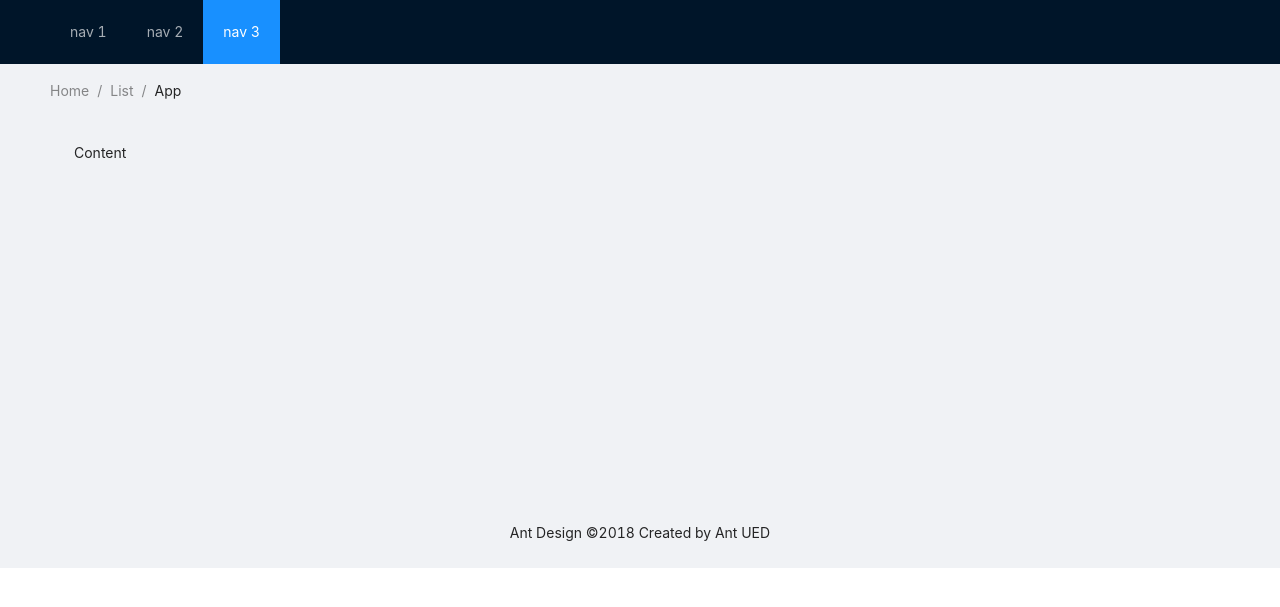
Repository: yangddoddi/community_react
Page: /
These files come from the project's save history. The page is drawn as it stood at one moment and after the next save; the edit follows.
The browser window is 1280 px wide. The pictures show the whole page.
The project was rebuilt for these pictures with package versions that can differ from the ones it lists, and the page was loaded fresh each time.

Above is the page before, as saved 2022-08-17 01:59:33.

### src/App.js
import { Breadcrumb, Layout, Menu } from "antd";
import React from "react";
import "antd/dist/antd.css";
const { Header, Content, Footer } = Layout;

const App = () => (
  <Layout>
    <Header
      style={{
        position: "fixed",
        zIndex: 1,
        width: "100%",
      }}
    >
      <div className="logo" />
      <Menu
        theme="dark"
        mode="horizontal"
        defaultSelectedKeys={["3"]}
        items={new Array(3).fill(null).map((_, index) => ({
          key: String(index + 1),
          label: `nav ${index + 1}`,
        }))}
      />
    </Header>
    <Content
      className="site-layout"
      style={{
        padding: "0 50px",
        marginTop: 64,
      }}
    >
      <Breadcrumb
        style={{
          margin: "16px 0",
        }}
      >
        <Breadcrumb.Item>Home</Breadcrumb.Item>
        <Breadcrumb.Item>List</Breadcrumb.Item>
        <Breadcrumb.Item>App</Breadcrumb.Item>
      </Breadcrumb>
      <div
        className="site-layout-background"
        style={{
          padding: 24,
          minHeight: 380,
        }}
      >
        Content
      </div>
    </Content>
    <Footer
      style={{
        textAlign: "center",
      }}
    >
      Ant Design ©2018 Created by Ant UED
    </Footer>
  </Layout>
);

export default App;

Loaded but not shown: public/index.html (common file); src/index.js (common file); src/index.css (common file); src/reportWebVitals.js (common file)

After the next save:
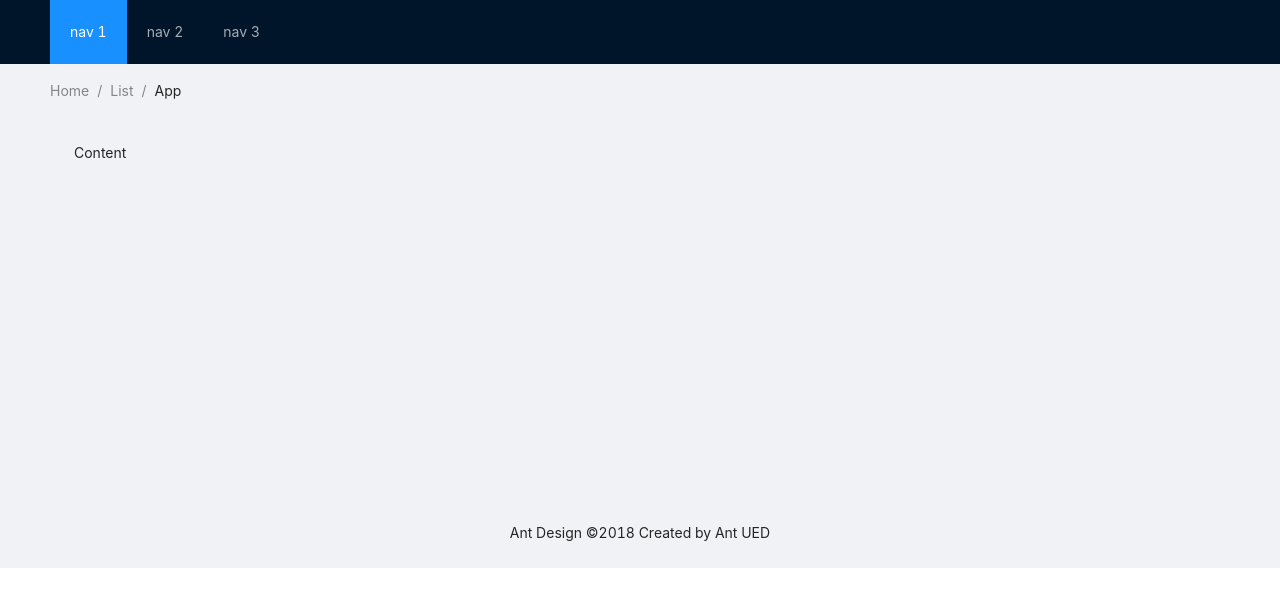
Saved 8 s later.
--- a/src/App.js
+++ b/src/App.js
@@ -16,7 +16,7 @@ const App = () => (
       <Menu
         theme="dark"
         mode="horizontal"
-        defaultSelectedKeys={["3"]}
+        defaultSelectedKeys={["1"]}
         items={new Array(3).fill(null).map((_, index) => ({
           key: String(index + 1),
           label: `nav ${index + 1}`,
